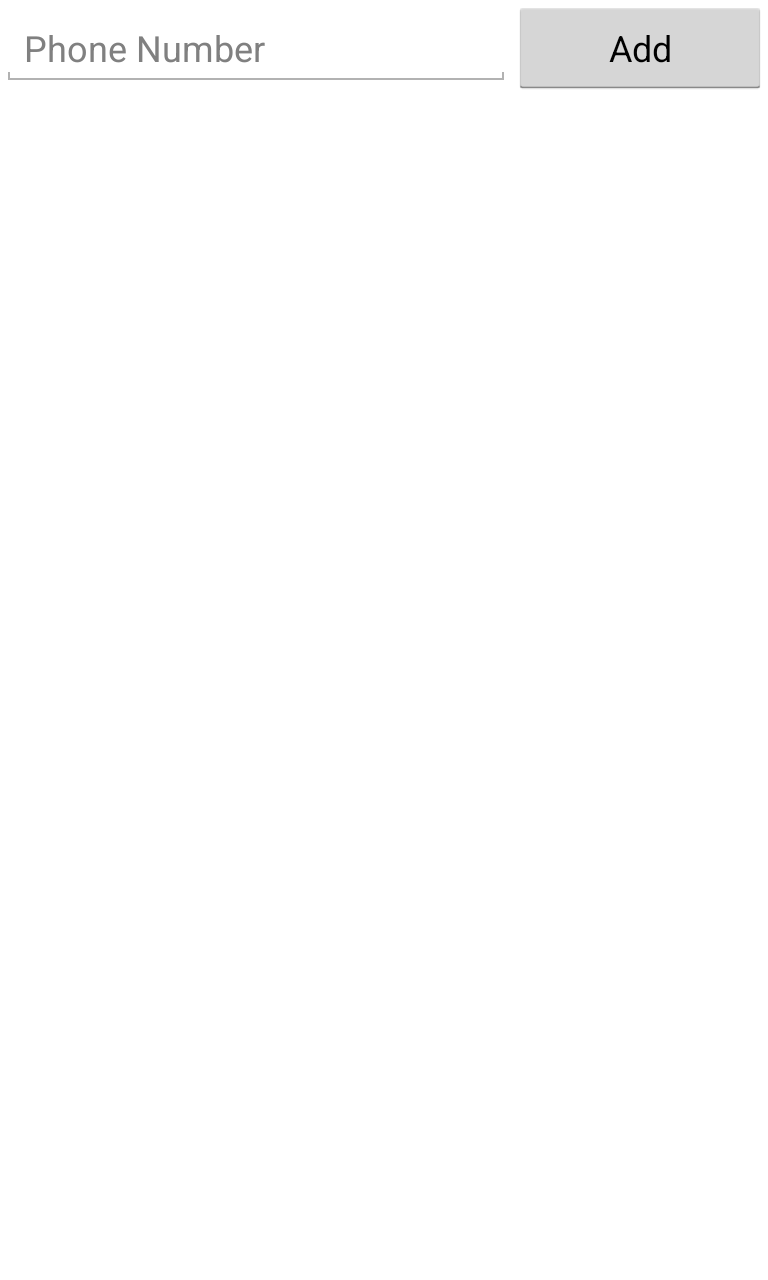
Repository: Liu-D-Henrry/Android
Layout: PhoneBlocker/res/layout/black_list_activity.xml
The author's editor kept a copy of each file at every save. The layout is drawn from the files as they stood at one save, then again after the next save.
It is drawn on a 768 x 1280 px phone screen (xhdpi) without system bars, with theme AppTheme; the app's code is not run. Lists and similar views that code fills are empty.

Above is the layout before, as saved 2013-09-07 09:45:43.

### PhoneBlocker/res/layout/black_list_activity.xml
<?xml version="1.0" encoding="utf-8"?>
<LinearLayout xmlns:android="http://schemas.android.com/apk/res/android"
    android:layout_width="match_parent"
    android:layout_height="match_parent"
    android:orientation="vertical" >

    <LinearLayout
        android:layout_width="match_parent"
        android:layout_height="wrap_content"
        android:orientation="horizontal">

        <EditText
            android:id="@+id/number"
            android:layout_width="0dp"
            android:layout_height="wrap_content"
            android:layout_weight="2"
            android:inputType="phone"
            android:hint="@string/hintPhoneNumber" />

        <Button
            android:id="@+id/add"
            android:layout_width="0dp"
            android:layout_height="wrap_content"
            android:layout_weight="1"
            android:text="@string/textAdd" />
    </LinearLayout>

    <ListView
        android:id="@+id/blacklist"
        android:layout_width="match_parent"
        android:layout_height="match_parent" />

</LinearLayout>

### PhoneBlocker/res/values/strings.xml
<?xml version="1.0" encoding="utf-8"?>
<resources>

    <string name="app_name">PhoneBlocker</string>
    <string name="action_settings">Settings</string>
    <string name="hello_world">Hello world!</string>

    <string name="titleStart">Start</string>
    <string name="titleStop">Stop</string>
    <string name="titleBlackList">Black List</string>
    <string name="titleExit">Exit</string>
    <string name="hintPhoneNumber">Phone Number</string>
    <string name="textAdd">Add</string>
</resources>

Loaded but not shown: PhoneBlocker/res/values/styles.xml (common file); PhoneBlocker/res/values-v11/styles.xml (common file); PhoneBlocker/res/values-v14/styles.xml (common file)

After the next save:
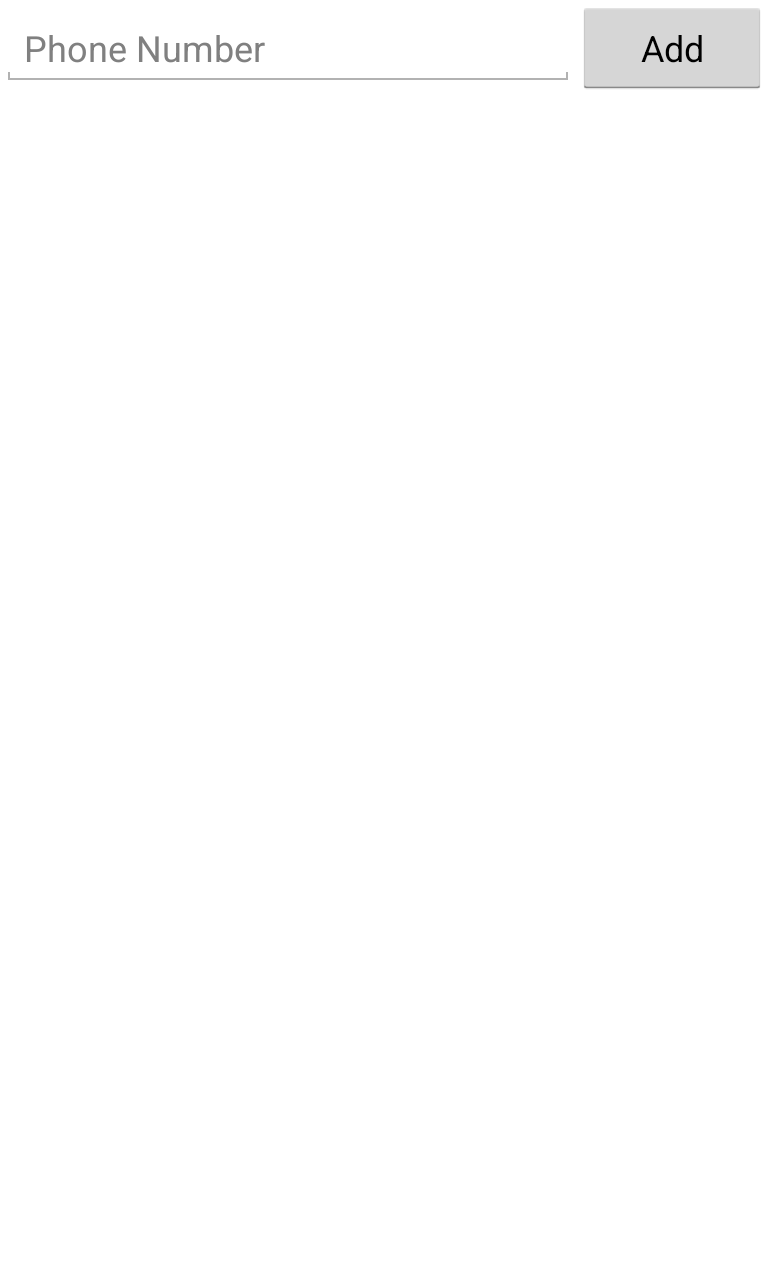
Saved 8 s later.
--- a/PhoneBlocker/res/layout/black_list_activity.xml
+++ b/PhoneBlocker/res/layout/black_list_activity.xml
@@ -13,7 +13,7 @@
             android:id="@+id/number"
             android:layout_width="0dp"
             android:layout_height="wrap_content"
-            android:layout_weight="2"
+            android:layout_weight="3"
             android:inputType="phone"
             android:hint="@string/hintPhoneNumber" />
 
